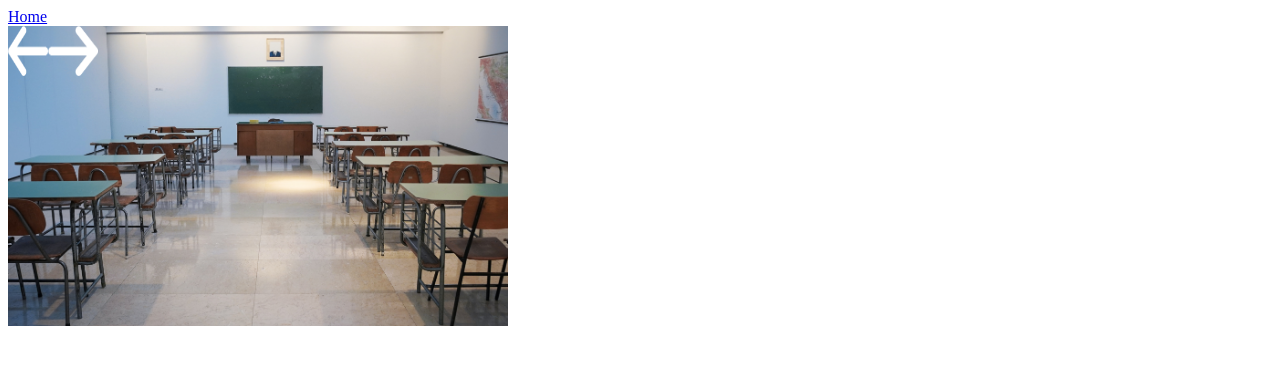
Repository: anoncoderin/dcd-week3-useEffect-carousel
Page: /carouselPage
An editor plug-in stored every save of this project. The page is shown before and after a run of saves, followed by the edit.
The browser window is 1280 px wide. The pictures show the whole page.
The project was rebuilt for these pictures with package versions that can differ from the ones it lists, and the page was loaded fresh each time. The framework's server and built-in components were replaced by stand-ins that run in the browser. Also part of the build but not shown: next.config.js.

Above is the page before, as saved 2023-02-20 11:23:54.

### pages/carouselPage.js
import Link from "next/link"
import Carousel from "@/components/carousel"

export default function CarouselPage(){
    return(
    <>
    <Link href="/">Home</Link>
    <Carousel/>
    </>
    )
}

### styles/globals.css
:root {

  }

### components/carousel/index.js
import Image from "next/image"
export default function Carousel(){

    return(
        <>

        <div style={{
            backgroundImage:"url(/imagesIconsCarouselweek8/carousel-images/0.jpg)",
            backgroundSize:'cover',
            backgroundRepeat:"no-repeat",
            width:500,
            height:300

        }}>
            <Image
             src={"/imagesIconsCarouselweek8/icons/leftArrow.png"}
             alt={"/imagesIconsCarouselweek8/icons/leftArrow.png"}
             width={40}
             height={50}
            />

<Image
             src={"/imagesIconsCarouselweek8/icons/rightArrow.png"}
             alt={"/imagesIconsCarouselweek8/icons/rightArrow.png"}
             width={50}
             height={50}
            />

        </div>
        </>
    )
}

Loaded but not shown: pages/_app.js (common file); pages/_document.js (common file)

After the next 4 saves:
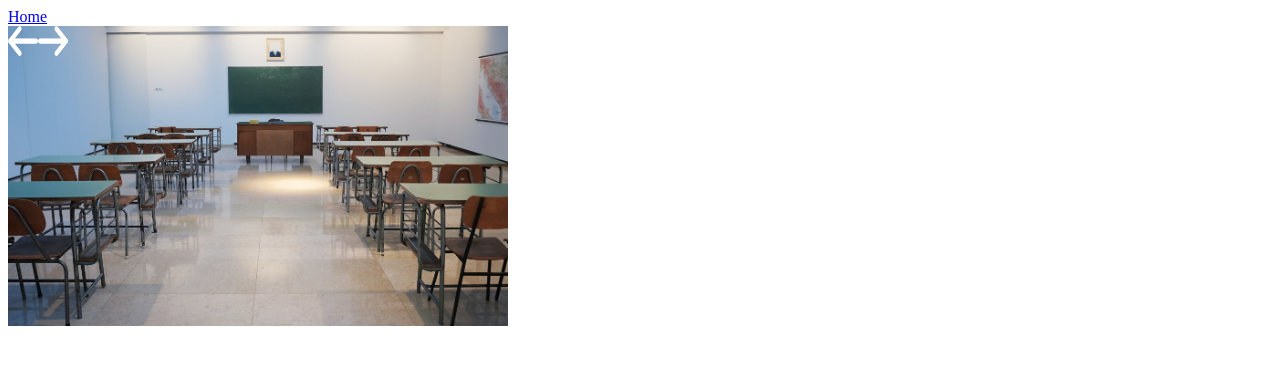
The 4 saves are shown as one change because they came seconds apart.
The last was saved 10 s later.
--- a/components/carousel/index.js
+++ b/components/carousel/index.js
@@ -15,15 +15,15 @@ export default function Carousel(){
             <Image
              src={"/imagesIconsCarouselweek8/icons/leftArrow.png"}
              alt={"/imagesIconsCarouselweek8/icons/leftArrow.png"}
-             width={40}
-             height={50}
+             width={30}
+             height={30}
             />
 
 <Image
              src={"/imagesIconsCarouselweek8/icons/rightArrow.png"}
              alt={"/imagesIconsCarouselweek8/icons/rightArrow.png"}
-             width={50}
-             height={50}
+             width={30}
+             height={30}
             />
 
         </div>
